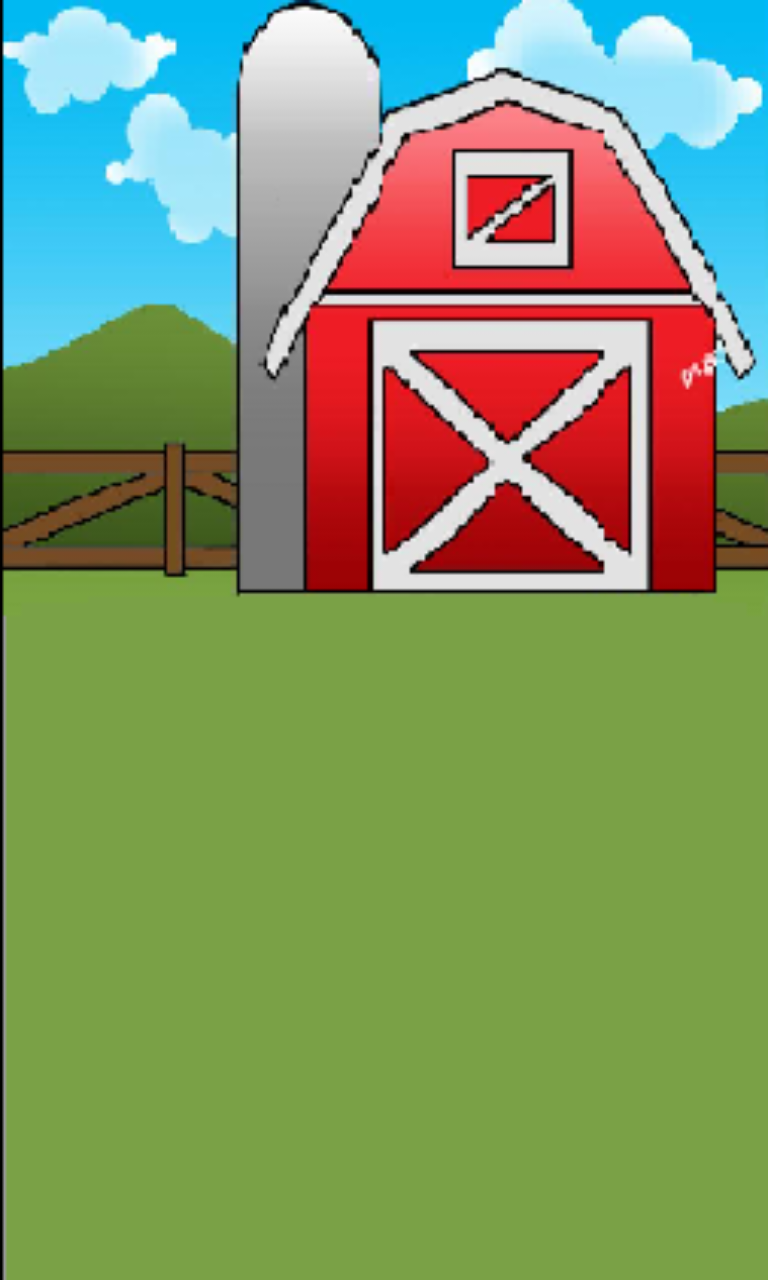
Repository: jdmielke/AnimalApp
Layout: AWEA/res/layout/measurements.xml
An editor plug-in stored every save of this project. The layout is shown before and after the next save, followed by the edit.
It is drawn on a 768 x 1280 px phone screen (xhdpi) without system bars, with theme AppTheme; the app's code is not run.

Above is the layout before, as saved 2014-10-15 23:57:13.

### AWEA/res/layout/measurements.xml
<?xml version="1.0" encoding="utf-8"?>
<RelativeLayout xmlns:android="http://schemas.android.com/apk/res/android"
    xmlns:tools="http://schemas.android.com/tools"
    android:layout_width="match_parent"
    android:layout_height="match_parent"
    android:paddingBottom="@dimen/activity_vertical_margin"
    android:paddingLeft="@dimen/activity_horizontal_margin"
    android:paddingRight="@dimen/activity_horizontal_margin"
    android:paddingTop="@dimen/activity_vertical_margin"
    tools:context="com.example.awea.MainActivity"
    android:background="@drawable/app_background">


</RelativeLayout>

Loaded but not shown: AWEA/res/values/styles.xml (common file); AWEA/res/values-v11/styles.xml (common file); AWEA/res/values-v14/styles.xml (common file); AWEA/res/values/dimens.xml (common file); AWEA/res/values-w820dp/dimens.xml (common file)

After the next save:
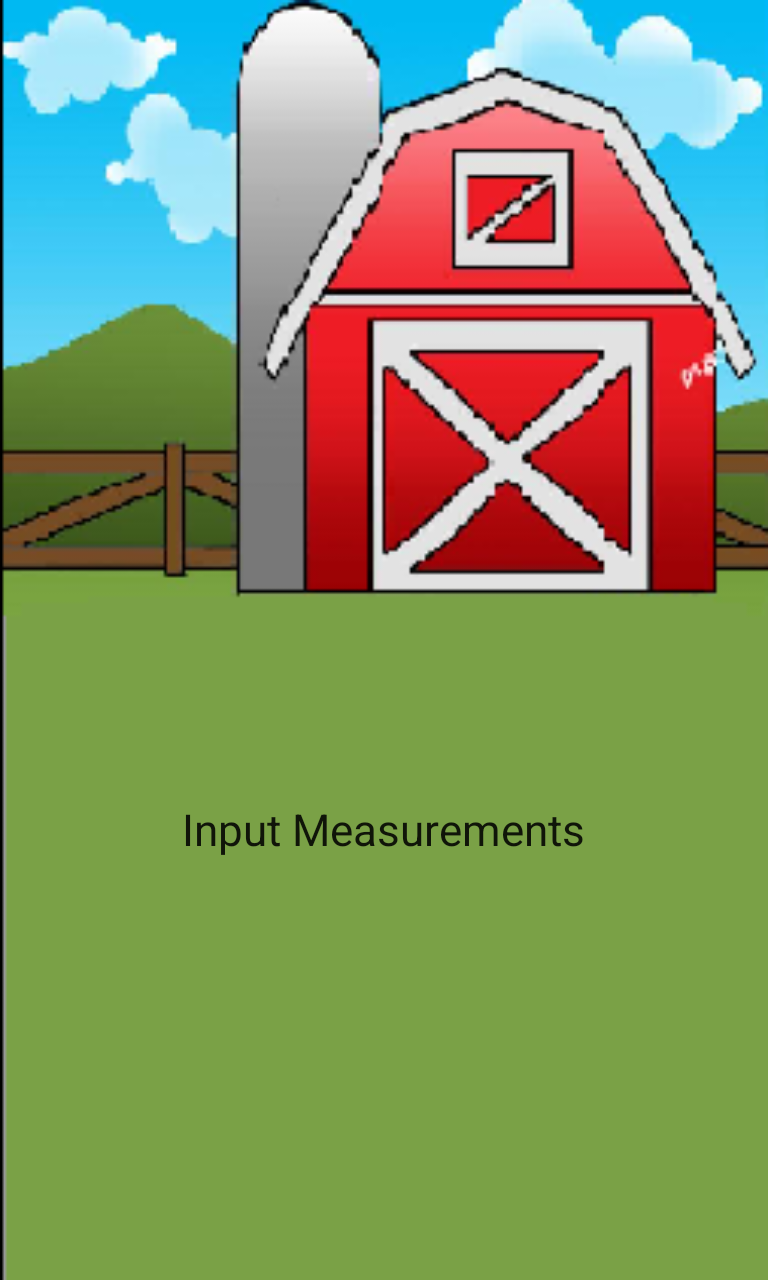
Saved 37 s later.
--- a/AWEA/res/layout/measurements.xml
+++ b/AWEA/res/layout/measurements.xml
@@ -10,5 +10,14 @@
     tools:context="com.example.awea.MainActivity"
     android:background="@drawable/app_background">
 
+    <TextView
+        android:id="@+id/textView1"
+        android:layout_width="wrap_content"
+        android:layout_height="wrap_content"
+        android:layout_alignParentBottom="true"
+        android:layout_centerHorizontal="true"
+        android:layout_marginBottom="195dp"
+        android:text="Input Measurements"
+        android:textAppearance="?android:attr/textAppearanceLarge" />
 
 </RelativeLayout>
